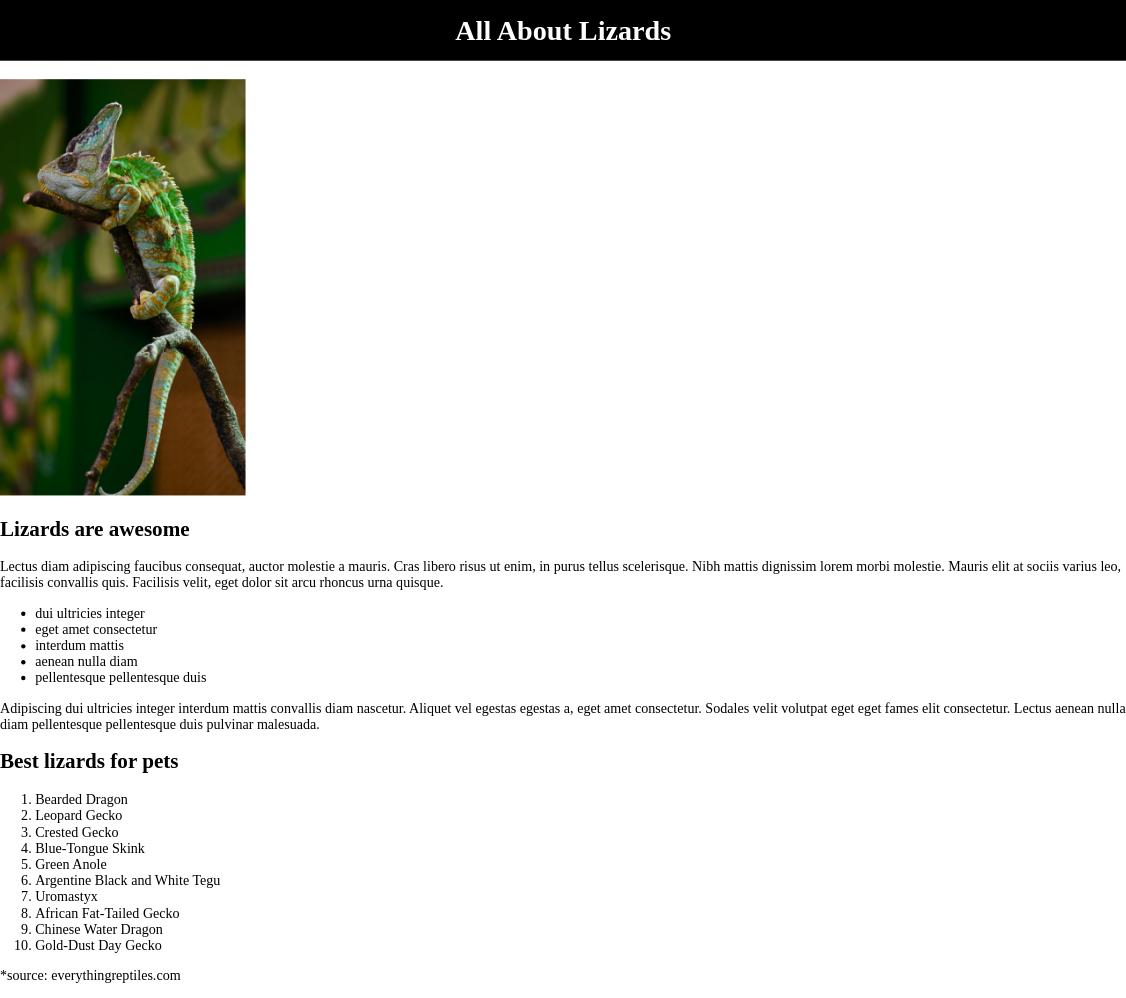
Repository: Doumham-Armah/lizards-landing--page
Page: index.html
An editor plug-in stored every save of this project. The page is shown before and after the next save, followed by the edit.
The browser window is 1280 px wide. The pictures show the whole page, at 88% of full size.

Above is the page before, as saved 2021-08-10 13:31:23.

After the next save:
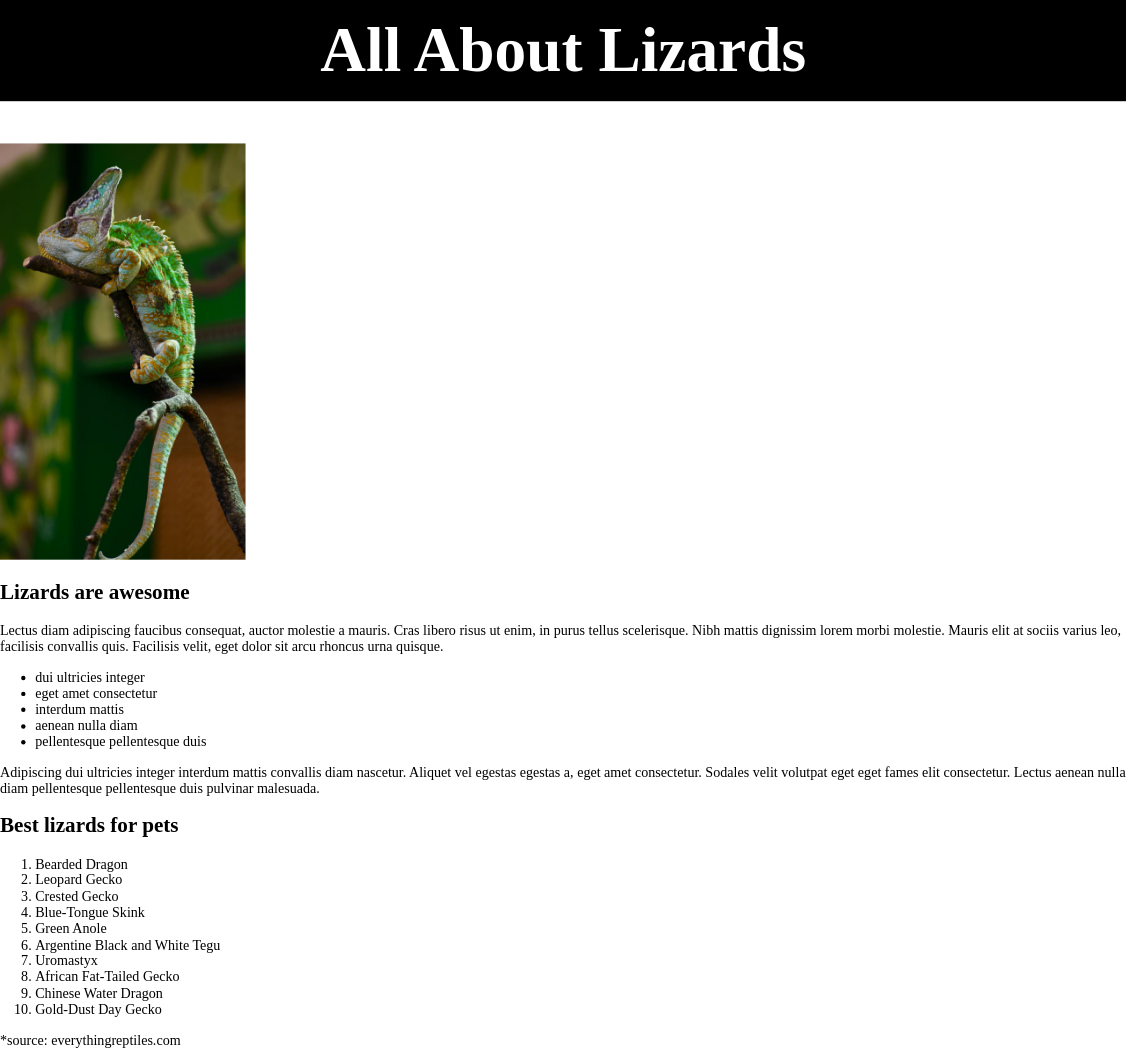
Saved 21 s later.
--- a/css/style.css
+++ b/css/style.css
@@ -8,4 +8,5 @@ h1 {
   text-align: center;
   padding: 1rem 0rem;
   margin-top: 0;
+  font-size: 4.5rem;
 }
